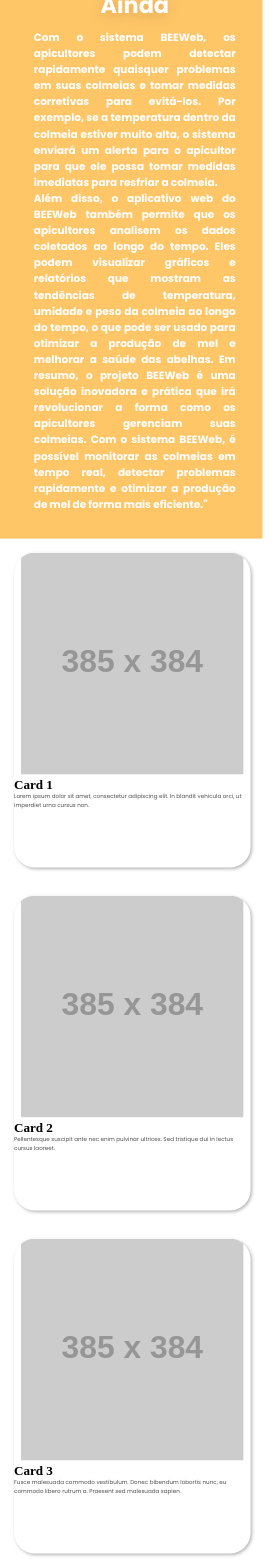
Repository: CCG-web/beeweb
Page: /
These files come from the project's save history. The page is drawn as it stood at one moment and after the next save; the edit follows.
The browser window is 375 px wide. The page is 378 px wide, then 395 px, then 378 px, so the pictures cover 395 px, including what lies to the right of the window. The pictures show the part of the page from y = 1578 to 3818 px (the page is 3818 px tall), at 70% of full size.
The project was rebuilt for these pictures with package versions that can differ from the ones it lists, and the page was loaded fresh each time.

Above is the page before, as saved 2023-05-04 11:23:57.

### public/index.html
<!DOCTYPE html>
<html lang="en">
  <head>
    <meta charset="utf-8" />
    <link rel="icon" href="%PUBLIC_URL%/favicon.ico" />
    <meta name="viewport" content="width=device-width, initial-scale=1" />
    <meta name="theme-color" content="#000000" />
    <meta
      name="description"
      content="Web site created using create-react-app"
    />
    <link rel="preconnect" href="https://fonts.googleapis.com">
<link rel="preconnect" href="https://fonts.gstatic.com" crossorigin>
<link href="https://fonts.googleapis.com/css2?family=Poppins:ital,wght@0,100;0,200;0,300;0,400;0,500;0,600;0,700;0,800;0,900;1,100;1,200;1,300;1,400;1,500;1,600;1,700;1,800;1,900&display=swap" rel="stylesheet">
    <link rel="apple-touch-icon" href="%PUBLIC_URL%/logo192.png" />
    <!--
      manifest.json provides metadata used when your web app is installed on a
      user's mobile device or desktop. See https://developers.google.com/web/fundamentals/web-app-manifest/
    -->
    <link rel="manifest" href="%PUBLIC_URL%/manifest.json" />
    <!--
      Notice the use of %PUBLIC_URL% in the tags above.
      It will be replaced with the URL of the `public` folder during the build.
      Only files inside the `public` folder can be referenced from the HTML.

      Unlike "/favicon.ico" or "favicon.ico", "%PUBLIC_URL%/favicon.ico" will
      work correctly both with client-side routing and a non-root public URL.
      Learn how to configure a non-root public URL by running `npm run build`.
    -->
    <title>BeeWeb</title>
  </head>
  <body>
    <noscript>You need to enable JavaScript to run this app.</noscript>
    <div id="root"></div>
    <!--
      This HTML file is a template.
      If you open it directly in the browser, you will see an empty page.

      You can add webfonts, meta tags, or analytics to this file.
      The build step will place the bundled scripts into the <body> tag.

      To begin the development, run `npm start` or `yarn start`.
      To create a production bundle, use `npm run build` or `yarn build`.
    -->
  </body>
</html>

### src/index.css
*{
   margin: 0;
   padding: 0;
   box-sizing: border-box;
}

### src/App.js
import Navbar from "./components/Navbar";
import Home from "./components/Home.jsx"
import Sobre from "./components/Sobre";
import Cards from "./components/Cards";
import './App.css'
function App() {
  return (
    <div>
      <Navbar/>
    <Home/>
    <Sobre/>




    <div className='cardContainer'>




    <Cards
        image="https://via.placeholder.com/385x384.png?text=Image+1"
        alt="Image 1"
        title="Card 1"
        description="Lorem ipsum dolor sit amet, consectetur adipiscing elit. In blandit vehicula orci, ut imperdiet urna cursus non."
        />
      <Cards
        image="https://via.placeholder.com/385x384.png?text=Image+2"
        alt="Image 2"
        title="Card 2"
        description="Pellentesque suscipit ante nec enim pulvinar ultrices. Sed tristique dui in lectus cursus laoreet. "
        />
      <Cards
        image="https://via.placeholder.com/385x384.png?text=Image+3"
        alt="Image 3"
        title="Card 3"
        description="Fusce malesuada commodo vestibulum. Donec bibendum lobortis nunc, eu commodo libero rutrum a. Praesent sed malesuada sapien."
        />
  </div>

       </div>





  );
}

export default App;

### src/components/Navbar.jsx

import React, { useState, useEffect } from 'react'
import logoBee from "../assets/logoBEE.svg"
import { Divide as Hamburger } from 'hamburger-react'
import './Navbar.css'
const Navbar = () => {
  const [toggleMenu, setToggleMenu] = useState(false)
  const [screenWidth, setScreenWidth] = useState(window.innerWidth)

  const toggleNav = () => {

    setToggleMenu(!toggleMenu)
  }
  useEffect(() => {

    const changeWidth = () => {
      setScreenWidth(window.innerWidth);
    }

    window.addEventListener('resize', changeWidth)
    return () => {
      window.removeEventListener('resize', changeWidth)
    }
  }, [])

  return (



    <nav>

      {(toggleMenu || screenWidth > 1000) && (
        <ul className="list">


          <li className="items">Home</li>
          <li className="items">Sobre nós</li>
          <li className="items">Uso</li>
          <li className="items">Contato</li>

        </ul>
      )

      }


       <img src={logoBee} alt="" />

      <button onClick={toggleNav} className='btn'><Hamburger/></button>
    </nav>

  )
}

export default Navbar

### src/components/Home.jsx


import './Home.css'
const Home = () => {
    return (
        <section className='containerHome'>
            <div >

                <h1>BeeWeb</h1>

                <p>BEEWeb é um projeto inovador que tem como objetivo ajudar os apicultores <br/> a monitorar
                    suas colmeias de abelhas de forma mais eficiente.  </p>

                <button className='btnProjeto'>Projeto</button>
            </div>
        </section>
    )
}

export default Home

### src/components/Sobre.jsx
import React from 'react'

import './Sobre.css'

const Sobre = () => {
    return (
        <section className='ContainerSobre'  >
            <div className='itens'>

                <div className='texto first'>

                <h1>Sobre nós</h1>

                    <p>BEEWeb é um projeto inovador que tem como objetivo ajudar os apicultores a monitorar suas colmeias de abelhas de forma mais eficiente. Desenvolvido por Bolsistas/alunos com auxílio de professores do IFCE, em uma parceria com o Centro de Inovação e Difusão de Tecnologias para o Semiárido (CIDTS). O projeto BEEWeb utiliza uma combinação de dispositivos eletrônicos e tecnologia web para fornecer informações valiosas sobre as colmeias. <br />

                        O sistema BEEWeb é composto por dois principais componentes: sensores e um sistema web. Os sensores são instalados dentro e fora das colmeias para capturar dados em tempo real, como temperatura, umidade e peso das colmeias. Esses dados são então transmitidos para o sistema web, que permite que os apicultores monitorem e analisem as informações em tempo real.
                    </p>
                </div>

            </div>
            <div className='itens two' >
                <div className='texto secord' >
                <h1>Ainda</h1>

                    <p>Com o sistema BEEWeb, os apicultores podem detectar rapidamente quaisquer problemas em suas colmeias e tomar medidas corretivas para evitá-los. Por exemplo, se a temperatura dentro da colmeia estiver muito alta, o sistema enviará um alerta para o apicultor para que ele possa tomar medidas imediatas para resfriar a colmeia. <br />

                        Além disso, o aplicativo web do BEEWeb também permite que os apicultores analisem os dados coletados ao longo do tempo. Eles podem visualizar gráficos e relatórios que mostram as tendências de temperatura, umidade e peso da colmeia ao longo do tempo, o que pode ser usado para otimizar a produção de mel e melhorar a saúde das abelhas.

                        Em resumo, o projeto BEEWeb é uma solução inovadora e prática que irá revolucionar a forma como os apicultores gerenciam suas colmeias. Com o sistema BEEWeb, é possível monitorar as colmeias em tempo real, detectar problemas rapidamente e otimizar a produção de mel de forma mais eficiente."
                    </p>
                </div>
            </div>
        </section>
    )
}

export default Sobre

### src/components/Cards.jsx
import React from 'react'
import './Cards.css'
function Cards(props) {
    return (



   <div className="card">
        <img src={props.image} alt={props.alt} />
        <div className="card-content">
          <h3>{props.title}</h3>
          <p>{props.description}</p>
        </div>
      </div>






    );
  }

export default Cards

### src/App.css
.cardContainer {
    display: flex;
    justify-content: center;

}

@media screen and (max-width: 500px) {
    .cardContainer {
        display: block;
        justify-content: center;
        margin-left: auto;
        padding: auto;
    }

    .card {
        width: 90%;
        height: 450px;
    }
}

### src/components/Navbar.css
nav {
    font-family: 'Poppins', sans-serif;
    font-size: 20px;
    font-weight: 300;

    position: relative;
    top: 0;
    width: 100%;
    height: 200px;
    background-color: #ffad26;
    color: white;
}


img{
    position: absolute;
    left: 10px;
    top: -10px;
    width: 386px;
    height: 233px;

}
.list {
    list-style-type: none;
    background: #ffad26;
    height: 100%;
    display: flex;
    justify-content:flex-end;
    align-items: center;
    position: relative;
}

.items {
    margin-right: 75px;
    font-size: 20px;
    color: white;
    cursor: pointer;
    transition: color 0.3s ease, transform 0.3s ease;
  }

  .items:hover {
    color: black;
    transform: translateX(-5px) rotate(-5deg);
  }

.items {
    margin-right: 75px;
    font-size: 20px;

    color: white;
    cursor: pointer;
}

.btn {
    border: none;
    display: none;
    position: absolute;
    background-color:#ffad26;
    right: 10px;
    top: 20px;
    padding: 5px;
    color: white;
    font-size: 20px;
}

@media screen and (max-width: 1000px) {
    .list {
        flex-direction: column;
        height: auto;
    }
    img{
        position: absolute;
        left: 10px;
        top:0px;
        width: 155.6px;
        height: 93.2px;

    }
    nav{
        height: 100px;
    }
    .items:nth-child(1) {

        margin-top: 100px;
    }

    .items {
        border-top: 1px solid rgb(255, 249, 249);
        width: 100%;
        text-align: center;
        margin-right: 0px;
        padding: 20px 0;
    }

    .btn {
        display: block;
    }
}

### src/components/Home.css
section {
    width: 100%;
    margin-top: 200px;
    display: flex;
    justify-content: center;
    text-align: center;
}

h1 {
    font-family: 'Poppins', sans-serif;
    font-size: 96px;
    font-style: mixed;
    color: #4F4F4F;
}

p {
    font-family: 'Poppins', sans-serif;
    font-style: normal;
    font-size: 18px;
    color: #4F4F4F;
}

.btnProjeto {
    cursor: pointer;
    margin: 10px;
    font-size: 24px;
    background-color: #FFAD26;
    width: 280px;
    height: 86px;
    color: #FFFF;
    border: none;
    border-radius: 71px;
    transition: transform 0.4s ease-in-out, background-color 0.4s ease-in-out;
  }

  .btnProjeto:hover {
    background-color: #E76F00;
    transform: scale(1.05);
  }

  .btnProjeto:active {
    background-color: #FFC940;
    transform: scale(0.95);
  }



@media screen and (max-width: 1000px) {

    section {
        margin-top: 300px;
    }

    h1 {
        font-size: 48px;
    }



    .btnProjeto {
        width: 140px;
        height: 43px;
        font-size: 12px;
    }
}


@media screen and (max-width: 400px) {
    h1 {
        font-size: 30px;
    }
    p {
        font-size: 8px;
    }

    .btnProjeto {
        width: 70px;
        height: 21.5px;
    }

}

### src/components/Sobre.css
.ContainerSobre {
    justify-content: center;
    width: 100%;
    height: 850px;
    background-color: #FFC668;
    padding-left: 10px;


}

.itens>p {
    display: flex;
    text-align: right;
}

.texto>h1 {
    text-shadow: 0px 4px 20px rgba(0, 0, 0, 0.15);
    margin-top: 15px;
    color: white;
    font-size: 64px;
}

.texto {
    font-style: normal;
    font-weight: 700;
    margin: 5%;
    padding: 5%;
}

.first {
    text-align: left;
}

.secord {
    margin-top: 10%;
    text-align: right;


}


.texto>p {

    font-size: 18px;
    font-weight: bold;
    color: white;



}

.itens {
    width: 50%;
}

.ContainerSobre {
    background-size: auto;

}


@media screen and (max-width: 1000px) {
    .itens {
        width: 100%;
    }

    .ContainerSobre {
        background: none;
        background-color: #FFC668;
        display: flex;
        flex-direction: column;
        height: 100%;

    }

    .texto>h1 {
        text-align: center;
        font-size: 32px;
        margin: 10px;
    }

    .texto {
        text-align: justify;
        margin-top: 10px;
        padding: 20px;

        height: 100%
    }

    .texto>p {
        font-size: 15px;
    }
}

### src/components/Cards.css

.card {

  width: 300px;
  height: 504px;
  margin: 20px;
  border-radius: 30px;
  box-shadow: 2px 2px 5px rgba(0, 0, 0, 0.3);
  display: inline-block;
  vertical-align: top;
  overflow: hidden;
  position: relative;
  transition: transform 0.3s ease-in-out;

}

.card img {
  width: calc(100% - 20px);
  height: auto;
}

.card:hover {
  transform: scale(1.05);
  z-index: 1;
  box-shadow: 2px 2px 10px rgba(0, 0, 0, 0.5);
}

.card:hover:after {
  content: "";
  display: block;
  position: absolute;
  top: 0;
  left: 0;
  width: 100%;
  height: 100%;
  z-index: -1;
}

@media (max-width: 1100px) {

  .card {
    width: 240px;
    height: 403.2px;
  }

}
@media (max-width: 850px) {

  .card {
    width: 192px;
    height: 322.56px;
  }

}


@media (max-width: 700px) {

  .card {
    width: 153.6px;
height: 258.048px;
  }

}

h3 {
  margin-top: 95%;
}



/*
  .card {
    display: block;
    margin: 20px auto;
  } */

Loaded but not shown: src/index.js (common file)

After the next save:
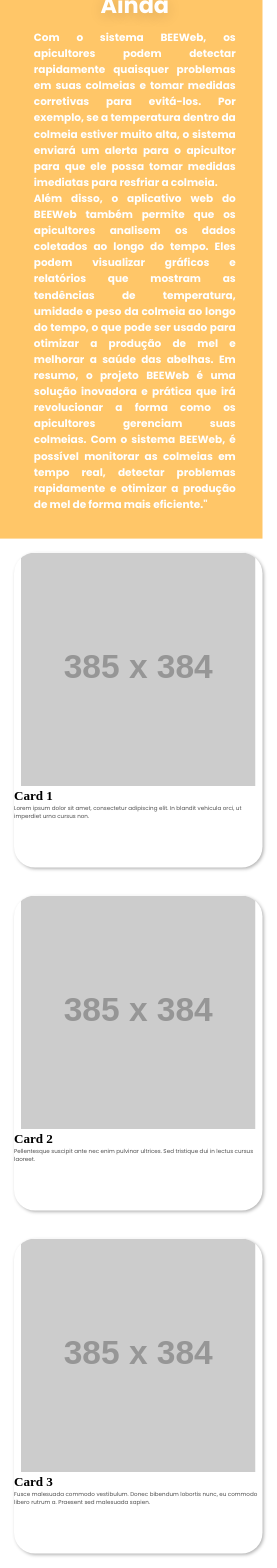
Saved 24 s later.
--- a/src/App.css
+++ b/src/App.css
@@ -13,7 +13,8 @@
     }
 
     .card {
-        width: 90%;
+        width: calc(100% - 20px);
+
         height: 450px;
     }
 }

After the save that followed:
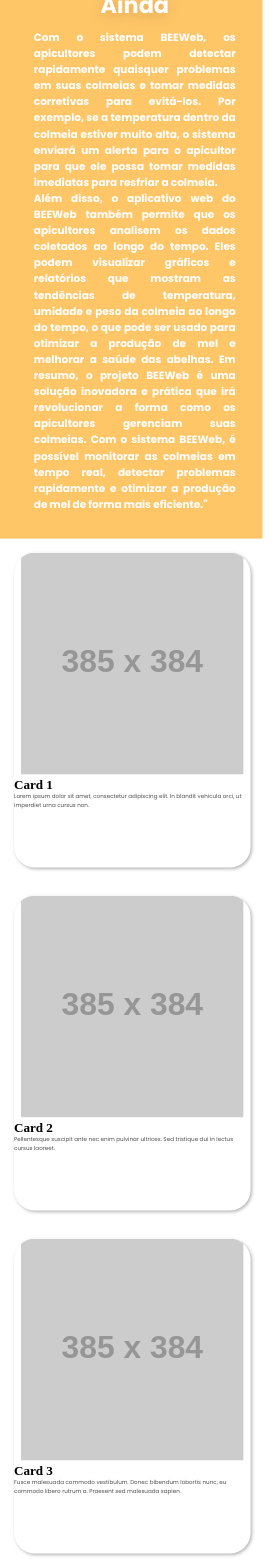
Saved 22 s later.
--- a/src/App.css
+++ b/src/App.css
@@ -13,8 +13,8 @@
     }
 
     .card {
-        width: calc(100% - 20px);
-
+        width: 90%;
         height: 450px;
     }
 }
+width: calc(100% - 20px);
